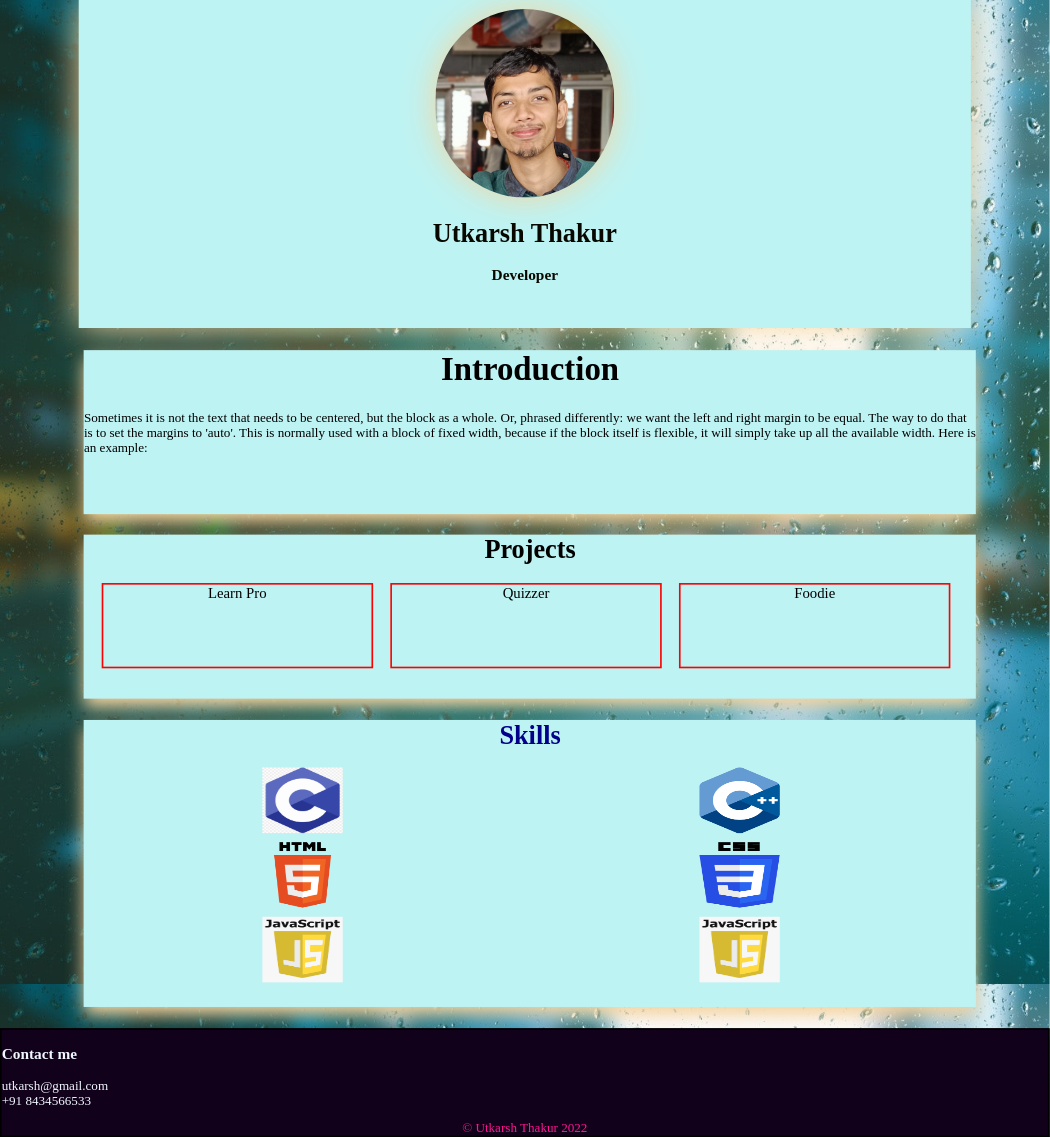
Repository: UtkarshThakur321/Utkarsh-Thakur-Profile
Page: index.html
The author's editor kept a copy of each file at every save. The page is drawn from the files as they stood at one save, then again after the next save.
The browser window is 1280 px wide. The pictures show the whole page, at 82% of full size.

Above is the page before, as saved 2022-01-23 00:30:22.
Not found: main.js

### index.html
<!DOCTYPE html>
<html>
<head>
    <meta charset='utf-8'>
    <meta http-equiv='X-UA-Compatible' content='IE=edge'>
    <title>Page Title</title>
    <meta name='viewport' content='width=device-width, initial-scale=1'>
    <link rel='stylesheet' type='text/css' media='screen' href="index.css">
    <script src='main.js'></script>
</head>
<body>
    <div id="main">
    <!-- <div id="nav">
        <h1>My Resume</h1>
    </div> -->
    <center>
        <div id="intro">
            <div id="profileImage">
                 <img src="./Utkarsh_dp.jpg" alt="DP_Utkarsh__Thakur"
                 width="180" height="170">
            </div>
            <div id="profileName">
                <h1>Utkarsh Thakur</h1>
                <h3>Developer</h3>
            </div>

            <div>


             </div>
        </div>
    </center>



  <div id="aboutMe">
    <div id="aboutMeHeading">
        <h1>Introduction</h1>
    </div>
    <div id="aboutMeContent">
        <p>
            Sometimes it is not the text that needs to be centered, but the block as a whole. Or, phrased differently: we want the left and right margin to be equal. The way to do that is to set the margins to 'auto'. This is normally used with a block of fixed width, because if the block itself is flexible, it will simply take up all the available width. Here is an example:
        </p>
    </div>
  </div>



<div id="projects">
    <h1>Projects</h1>
    <div class="projectsContent">
       <span> Learn Pro</span>
    </div>
    <div class="projectsContent">
        <span>Quizzer</span>
    </div>
    <div class="projectsContent">
        <span>Foodie</span>
    </div>
</div>



    <div id="skills">
        <h1>Skills</h1>
        <div class="skillsContent">
            <img src="c_programming.png" alt="c_programming">
        </div>
        <div class="skillsContent">
            <img src="./c++_programming.png" alt="c++_programming">
        </div>
        <div class="skillsContent">
            <img src="./html.png" alt="html">
        </div>
        <div class="skillsContent">
            <img src="./CSS3.png" alt="css3">
        </div>
        <div class="skillsContent">
            <img src="./js.png" alt="js">
        </div>
        <div class="skillsContent">
            <img src="./js.png" alt="js">
        </div>

    </div>

    <div id="footer">
        <div id="footerContent">
            <h3>Contact me</h3>
        <p>
            utkarsh@gmail.com<br>
            +91 8434566533

        </p>
            <div id="copyright">
         &copy; Utkarsh Thakur 2022
            </div>
        </div>
        </div>

    </div>



</body>
</html>

### index.css
body{
    width:100%;
    margin:0px;
    /* background-color: rgb(171, 238, 238); */
    background-image:url("./bg.jpg");
}


#intro{

    background-color: rgb(190, 243, 243);
    height: 400px;
    width:85%;
    box-shadow: 0px 0px 40px rgb(245, 212, 159);
    margin-bottom: 2%;

}


#profileImage>img{
    margin-top: 1%;
    height:230px;
    width:20%;
    border-radius: 180px;
    box-shadow: 0px 0px 40px rgb(245, 212, 159);
}
#profileName{
    color:rgb(8, 8, 0);
    font-family: cursive;
}

#aboutMe{
    width:85%;
    height:200px;
    /* border:2px solid green; */
    margin-left:8%;
    box-shadow: 0px 10px 20px rgb(245, 212, 159);
    margin-bottom: 2%;
    background-color: rgb(190, 243, 243);
}



#aboutMeHeading{
    text-align:center;
    font-family:cursive;
    font-size:20px;
    font-weight: bold;
}
#aboutMeContent{

    font-family:cursive;
        font-size:16px;

}

#projects{
    width:85%;
        height:200px;
        /* border:2px solid green; */
        margin-left:8%;
        box-shadow: 0px 10px 20px rgb(245, 212, 159);
        font-family:cursive;

    text-align: center;
    margin-bottom: 2%;
    background-color: rgb(190, 243, 243);

}
.projectsContent{
    border:2px solid red;
    width:30%;
    height:100px;
    float:left;
    margin-left:2%;
}
.projectsContent>span{
    font-size: 18px;
}


#skills{
        width:85%;
        height:350px;
        /* border:2px solid green; */
        margin-left:8%;
        box-shadow: 0px 10px 20px rgb(245, 212, 159);
        margin-bottom: 2%;
        background-color: rgb(190, 243, 243);
}

#skills{
    color:darkblue;
    font-weight: 400;
    text-align: center;

}
.skillsContent{
    height:80px;
    margin:0% 2% 1%;
    width:45%;
    float:left;
    /* border:2px solid blue; */
}
.skillsContent>img{
    height:80px;
    width:20%;
}



#nav{
    height:50px;
    display:content;
    text-align: center;
    font-weight: 900;
    color:black;}
    /* text-align: center;
    font-family: Verdana, Geneva, Tahoma, sans-serif;
} */



.img{
    height:10px;
    width:10%;
}

#footer{
    background-color: rgb(18, 1, 26);
}
#footerContent{
    border:2px solid black;
    color:aliceblue;

}

/* #footer{
    text-align: center;
} */
#copyright{
    text-align: center;
    font-family:cursive;
    color:deeppink
}

After the next save:
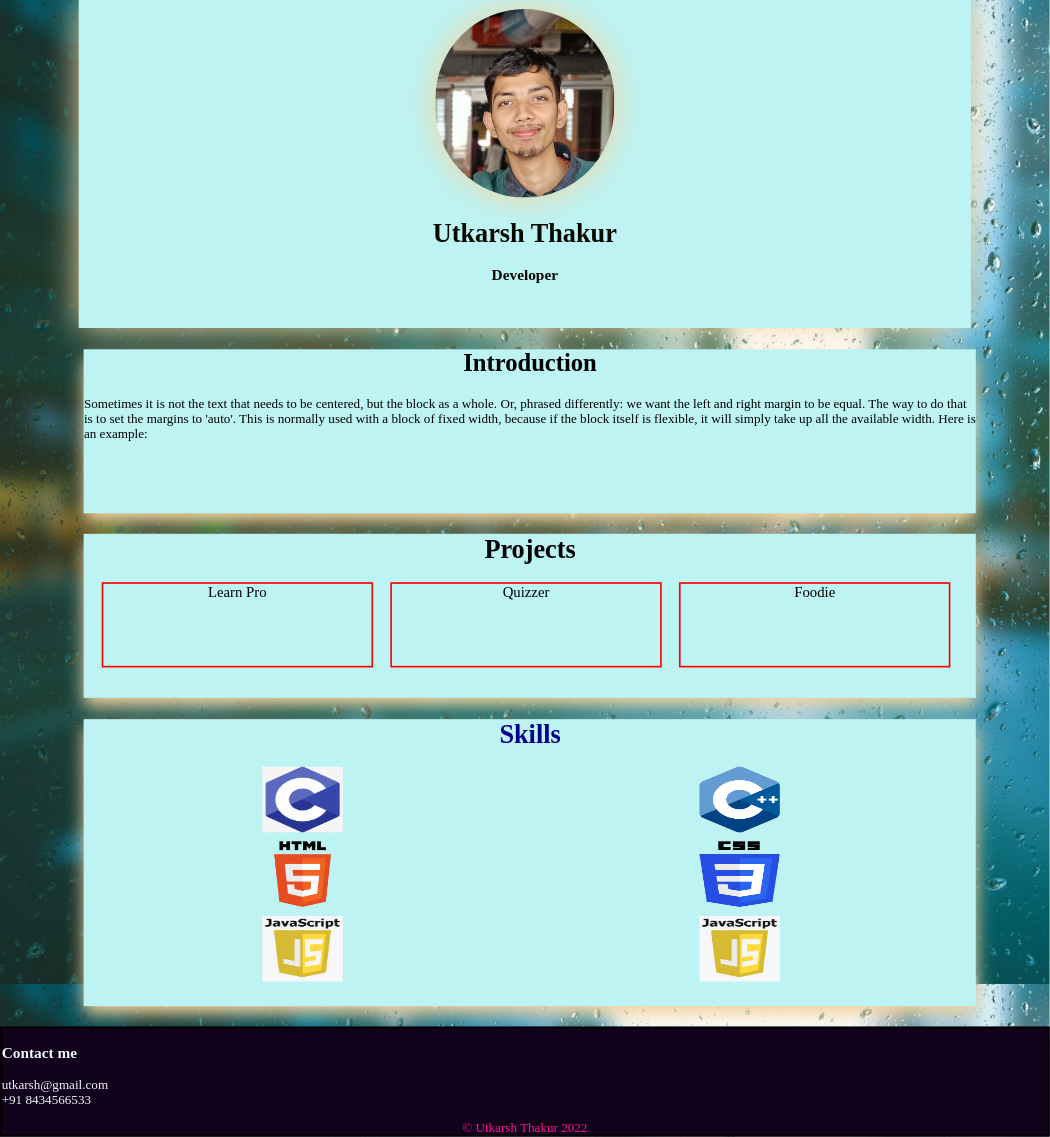
Saved 11 s later.
--- a/index.html
+++ b/index.html
@@ -35,7 +35,7 @@
 
   <div id="aboutMe">
     <div id="aboutMeHeading">
-        <h1>Introduction</h1>
+        <h2>Introduction</h2>
     </div>
     <div id="aboutMeContent">
         <p>
